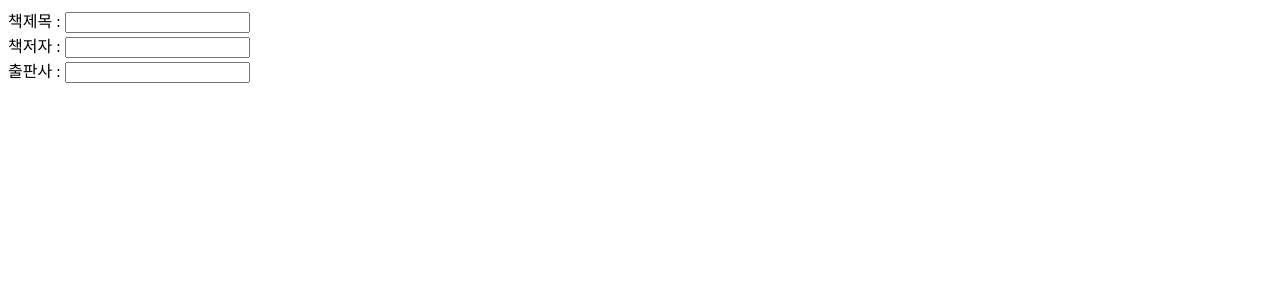
Repository: JungInBaek/Servlet-JSP
Page: http://localhost/edu/bookInput.jsp
The author's editor kept a copy of each file at every save. The page is drawn from the files as they stood at one save, then again after the next save.
The browser window is 1280 px wide. The pictures show the whole page.
The page is served by Tomcat 9. Other server files are loaded and not shown.

Above is the page before, as saved 2021-08-07 08:34:24.

### edu/src/main/webapp/bookInput.jsp
<%@ page language="java" contentType="text/html; charset=UTF-8"
    pageEncoding="UTF-8"%>
<!DOCTYPE html>
<html>
<head>
<meta charset="UTF-8">
<title>Book Input</title>
</head>
<body>
	<form action="example22.jsp" method="post">
		책제목 : <input type="text" name="title"><br/>
		책저자 : <input type="text" name="author"><br/>
		출판사 : <input type="text" name="publisher"><br/>
	</form>
</body>
</html>

After the next save:
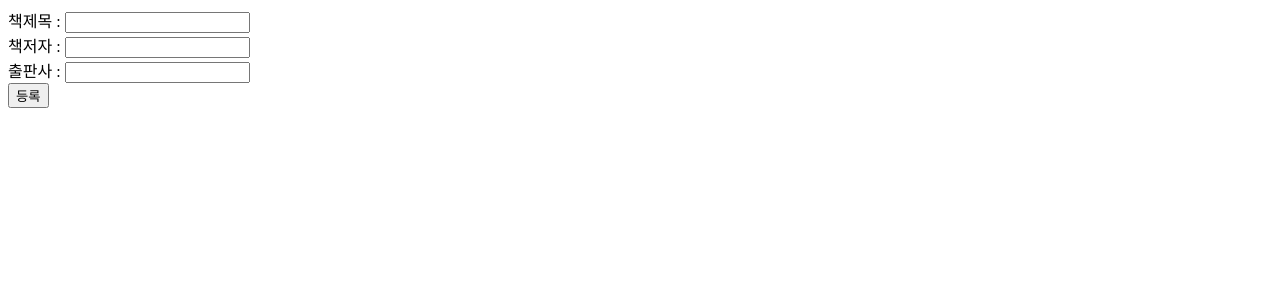
Saved 27 s later.
--- a/edu/src/main/webapp/bookInput.jsp
+++ b/edu/src/main/webapp/bookInput.jsp
@@ -11,6 +11,7 @@
 		책제목 : <input type="text" name="title"><br/>
 		책저자 : <input type="text" name="author"><br/>
 		출판사 : <input type="text" name="publisher"><br/>
+		<input type="submit" value="등록" />
 	</form>
 </body>
 </html>
